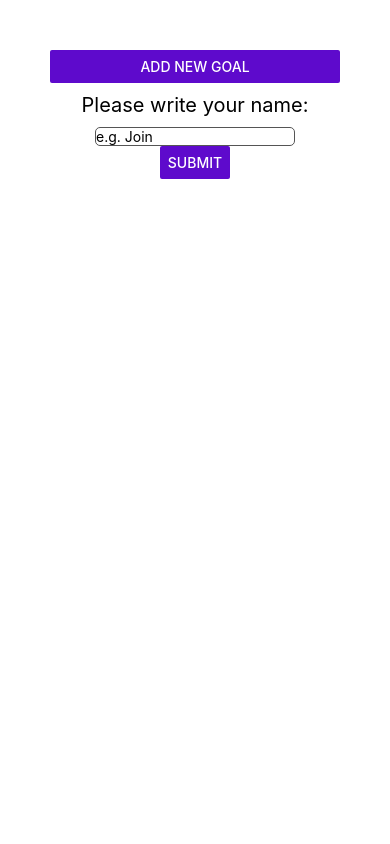
Repository: ntu34543/React-Native-Example1
Screen: /
An editor plug-in stored every save of this project. The screen is shown before and after the next save, followed by the edit.
The app was drawn by React Native's web renderer in a window 390 px wide. The project was rebuilt for these pictures with package versions that can differ from the ones it lists, and the page was loaded fresh each time. Also part of the build but not shown: components/Goalltem.js.

Above is the screen before, as saved 2022-09-12 15:45:28.

### App.js
import { useState } from "react";
import {
  StyleSheet,
  View,
  FlatList,
  Button,
  Text,
  Linking,
  TextInput,
} from "react-native";
import { StatusBar } from "expo-status-bar";

import GoalItem from "./components/Goalltem";
import GoalInput from "./components/Goallnput";

export default function App() {
  const [modalIsVisible, setModalIsVisible] = useState(false);
  const [courseGoals, setCourseGoals] = useState([]);
  const [name, setName] = useState("");
  const [submitted, setSubmitted] = useState(false);
  // console.log(courseGoals);
  const onPressHandler = () => {
    setSubmitted(!submitted);
  };

  function startAddGoalHandler() {
    setModalIsVisible(true);
  }

  function endAddGoalHandler() {
    setModalIsVisible(false);
  }

  function addTextInput(enteredGoalText) {
    setCourseGoals((currentCourseGoals) => [
      ...currentCourseGoals,
      { text: enteredGoalText, id: Math.random().toString() },
    ]);
    endAddGoalHandler();
  }

  function deleteGoalHandler(id) {
    setCourseGoals((currentCourseGoals) => {
      return currentCourseGoals.filter((goal) => goal.id !== id);
    });
  }

  return (
    <>
      <StatusBar style="auto" />
      <View style={styles.container}>
        <Button
          title="Add new Goal"
          color="#5e0acc"
          onPress={startAddGoalHandler}
        />
        <View style={styles.body}>
          <Text style={styles.text}>Please write your name:</Text>
          <TextInput
            style={styles.input}
            placeholder="e.g. Join"
            onChangeText={(value) => setName(value)}
          />
          <Button
            title="Submit"
            color="#5e0acc"
            onPress={onPressHandler}
            // onPress={() => {
            //   Linking.openURL(
            //     "https://ca.slack-edge.com/T324R7VB6-U03RS7EKJHG-323b9d1b6216-512"
            //   );
            // }}
          />
          {submitted ? <Text>You are registered as {name}</Text> : null}
        </View>
        <GoalInput
          visible={modalIsVisible}
          onAddGoal={addTextInput}
          onCancer={endAddGoalHandler}
        />
        <View style={styles.goalsContainer}>
          <FlatList
            data={courseGoals}
            style={styles.goalsContainer}
            renderItem={(itemData) => {
              return (
                <GoalItem
                  text={itemData.item.text}
                  id={itemData.item.id}
                  onDeleteItem={deleteGoalHandler}
                />
              );
            }}
            keyExtractor={(item, index) => {
              return index.id;
            }}
            alwaysBounceVertical={false}
          />
        </View>
      </View>
    </>
  );
}

const styles = StyleSheet.create({
  container: {
    padding: 50,
  },
  body: {
    alignItems: 'center',
  },
  goalsContainer: {
    // flex: 4,
  },
  text: {
    textAlign: "center",
    margin: 10,
    fontSize: 20,
  },
  input: {
    borderWidth: 1,
    borderColor: "#555",
    borderRadius: 5,
    width: "200px",
  },
});

### components/Goallnput.js
import { useState } from "react";
import { StyleSheet, View, TextInput, Button, Modal, Image } from "react-native";
function GoalInput(props) {
  const [enteredGoalText, setEnteredGoalText] = useState("");

  function textInput(enteredText) {
    setEnteredGoalText(enteredText);
    // console.log(enteredText);
  }

  function addGoalHandler() {
    props.onAddGoal(enteredGoalText);
    setEnteredGoalText("");
  }

  return (
    <Modal visible={props.visible} animationType="slide">
      <View style={styles.inputContainer}>
          <Image style={styles.image} source={require('../assets/favicon.png')} />
        <TextInput
          style={styles.textInput}
          placeholder="Email............"
          onChangeText={textInput}
          value={enteredGoalText}
        />
        <View style={styles.buttonContainer}>
          <View style={styles.button}>
            <Button title="Click!" onPress={addGoalHandler} />
          </View>
          <View style={styles.button}>
            <Button title="Cancer!" onPress={props.onCancer}/>
          </View>
        </View>
      </View>
    </Modal>
  );
}

export default GoalInput;

const styles = StyleSheet.create({
  inputContainer: {
    flex: 1,
    justifyContent: "center",
    alignItems: "center",
    paddingBottom: 24,
    padding: 16,
    borderBottomWidth: 1,
    borderBottomColor: "gray",
    backgroundColor: 'pink'
  },
  image: {
      width: 100,
      height: 100,
      margin: 20,
  },
  textInput: {
    borderWidth: 1,
    borderColor: "#cccccc",
    width: "100%",
    padding: 8,
  },
  buttonContainer: {
      marginTop: 16,
    flexDirection: "row",
  },
  button: {
      width: '30%',
      marginHorizontal: 8,
  }
});

After the next save:
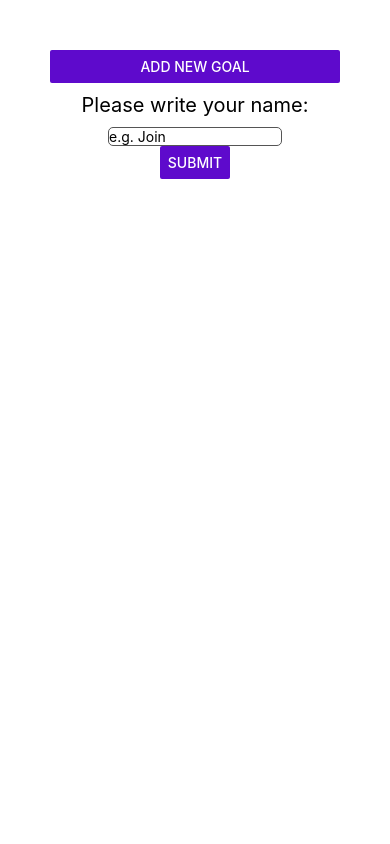
Saved 13 s later.
--- a/App.js
+++ b/App.js
@@ -121,6 +121,6 @@ const styles = StyleSheet.create({
     borderWidth: 1,
     borderColor: "#555",
     borderRadius: 5,
-    width: "200px",
+    width: "60%",
   },
 });
